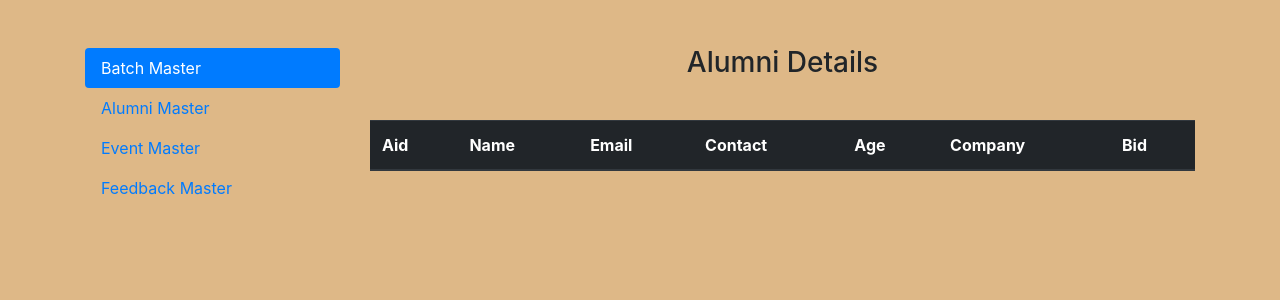
Repository: Shreyash1107/Web_Projects
Page: http://localhost/AlumnieventmanagementApplication/Viewalumni.jsp
An editor plug-in stored every save of this project. The page is shown before and after the next save, followed by the edit.
The browser window is 1280 px wide. The pictures show the whole page.
The page is served by Tomcat 9. Nobody is signed in. The application's start-up code is not run. Queries for data that is not in the repository find no rows.

Above is the page before, as saved 2024-07-30 07:52:38.

After the next save:
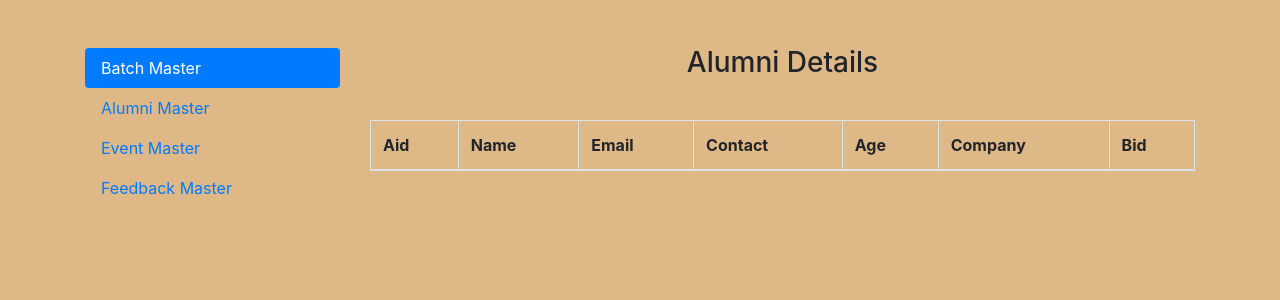
Saved 3 min 35 s later.
--- a/AlumnieventmanagementApplication/src/main/webapp/Viewalumni.jsp
+++ b/AlumnieventmanagementApplication/src/main/webapp/Viewalumni.jsp
@@ -45,7 +45,7 @@
 								Alumni Details
 							</h3>
 						</center>
-							<table class="table table-dark table-hover">
+							<table class="table table-bordered border-primary">
 								<thead>
 									<tr>
 										<th scope="col">Aid</th>

After the 2 saves that followed:
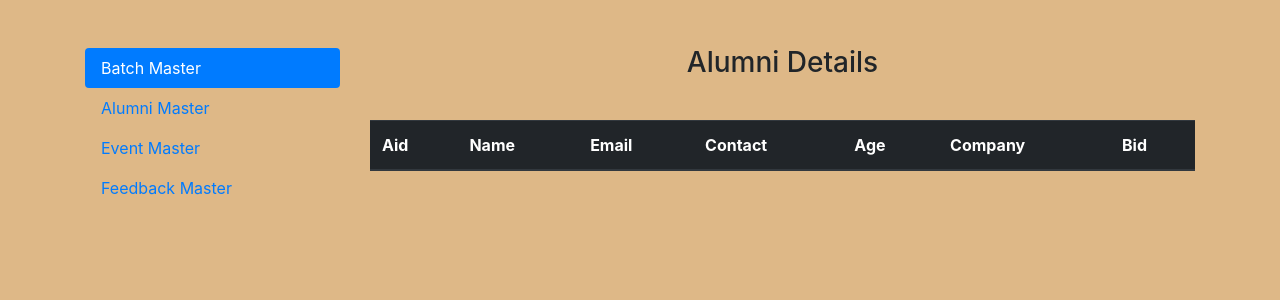
The 2 saves are shown as one change because 1 left the picture as it was.
The last was saved 47 s later.
--- a/AlumnieventmanagementApplication/src/main/webapp/Viewalumni.jsp
+++ b/AlumnieventmanagementApplication/src/main/webapp/Viewalumni.jsp
@@ -45,7 +45,7 @@
 								Alumni Details
 							</h3>
 						</center>
-							<table class="table table-bordered border-primary">
+							<table class="table table-dark table-hover">
 								<thead>
 									<tr>
 										<th scope="col">Aid</th>
